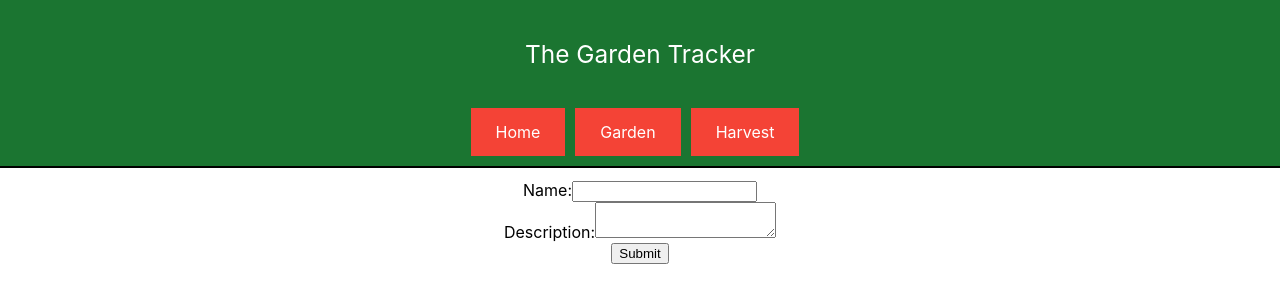
Repository: charliejp0311/ReactReduxFinal
Page: /garden (app in gardentracker/)
The author's editor kept a copy of each file at every save. The page is drawn from the files as they stood at one save, then again after the next save.
The browser window is 1280 px wide. The pictures show the whole page.
The page's requests for data from a server got no answer. The project was rebuilt for these pictures with package versions that can differ from the ones it lists, and the page was loaded fresh each time. No one was signed in, and anything a server would have sent is missing. Also part of the build but not shown: gardentracker/src/containers/GardenbookContainer.js, gardentracker/src/components/GardenPlant.js, gardentracker/src/components/HarvestPlant.js, gardentracker/src/containers/HarvestContainer.js, gardentracker/src/components/UpdatePlantForm.js, gardentracker/src/components/NoteForm.js, gardentracker/src/components/noteList.js, gardentracker/src/containers/PlantContainer.js and 1 more.

Above is the page before, as saved 2020-11-09 12:17:58.

After the next save:
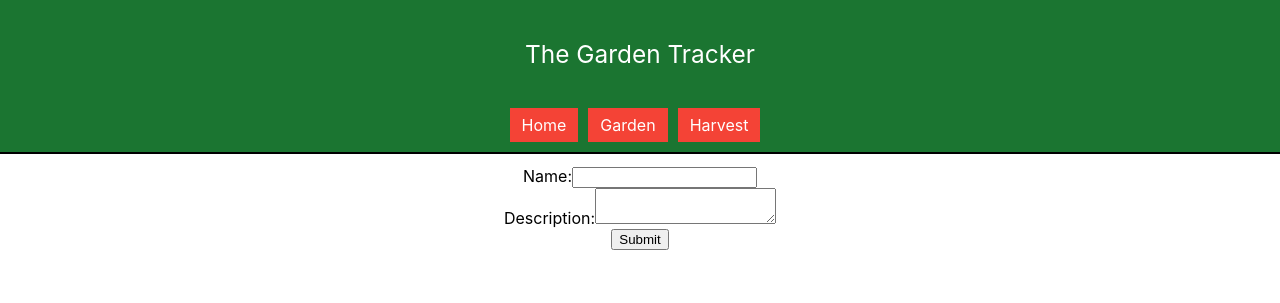
Saved 100 s later.
--- a/gardentracker/src/App.css
+++ b/gardentracker/src/App.css
@@ -51,7 +51,7 @@ a:link,
 a:visited {
   background-color: #f44336;
   color: white;
-  padding: 14px 25px;
+  padding: 7px 12px;
   text-align: center;
   text-decoration: none;
   display: inline-block;
